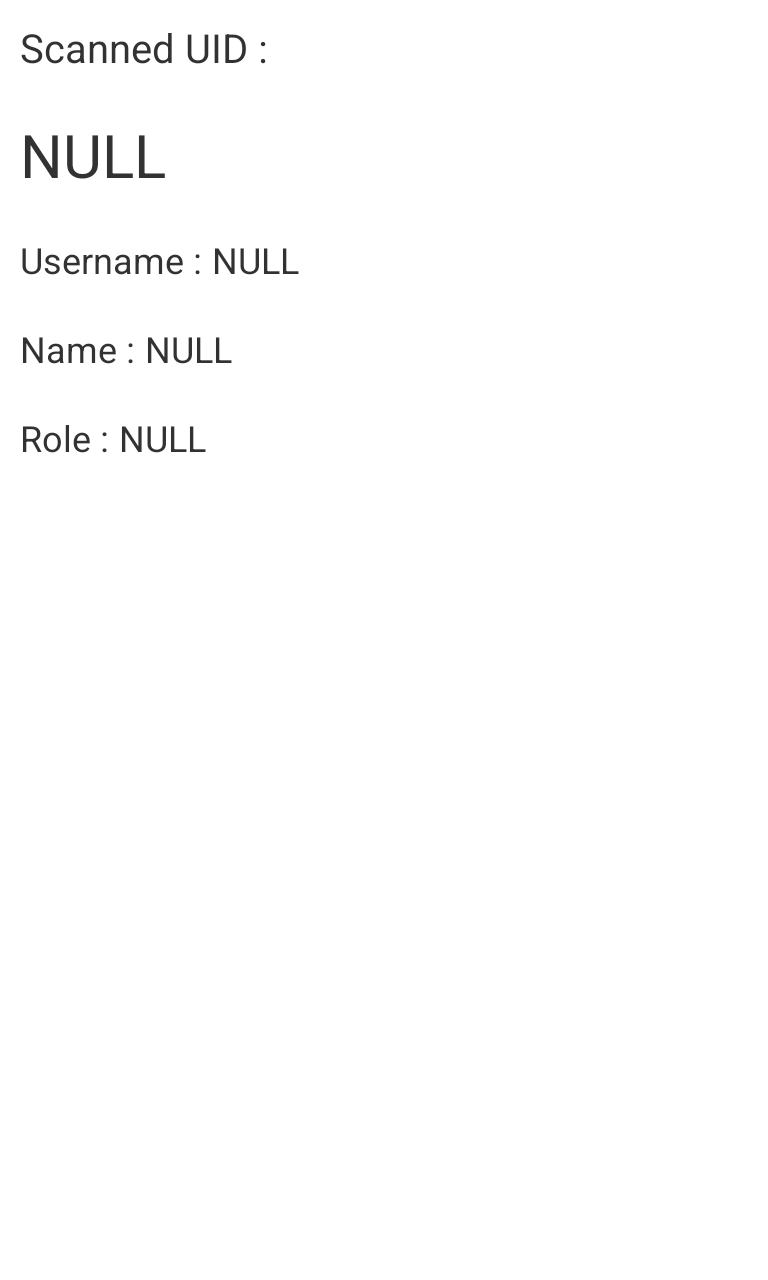
Repository: LennoxAlexion/UID
Layout: Android App/Uid-Project/res/layout/activity_qr_result.xml
The author's editor kept a copy of each file at every save. The layout is drawn from the files as they stood at one save, then again after the next save.
It is drawn on a 768 x 1280 px phone screen (xhdpi) without system bars, with theme AppTheme; the app's code is not run.

Above is the layout before, as saved 2015-03-29 07:00:34.

After the next save:
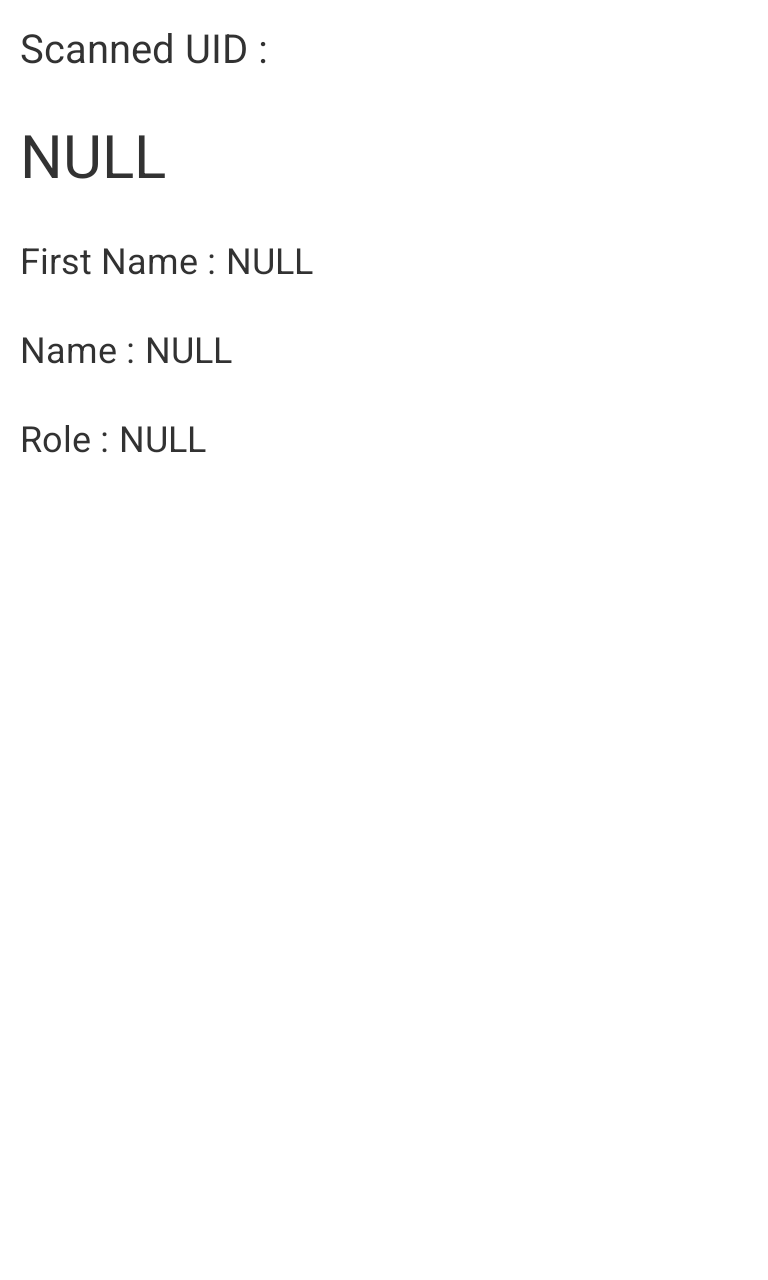
Saved 60 s later.
--- a/Android App/Uid-Project/res/layout/activity_qr_result.xml
+++ b/Android App/Uid-Project/res/layout/activity_qr_result.xml
@@ -31,11 +31,11 @@
         <TextView
             android:layout_width="wrap_content"
             android:layout_height="wrap_content"
-            android:text="Username :"
+            android:text="First Name :"
             android:textSize="18dp" />
 
         <TextView
-            android:id="@+id/TextView_Username"
+            android:id="@+id/TextView_qr_result_FirstName"
             android:layout_width="wrap_content"
             android:layout_height="wrap_content"
             android:layout_marginLeft="5dp"
